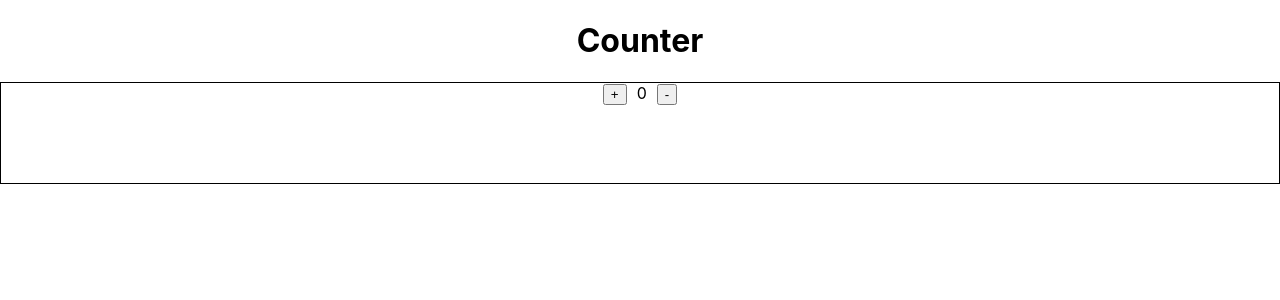
Repository: vsangavi/Redux-Counter
Page: /
An editor plug-in stored every save of this project. The page is shown before and after a run of saves, followed by the edit.
The browser window is 1280 px wide. The pictures show the whole page.
The project was rebuilt for these pictures with package versions that can differ from the ones it lists, and the page was loaded fresh each time.

Above is the page before, as saved 2020-10-02 16:43:42.

After the next 5 saves:
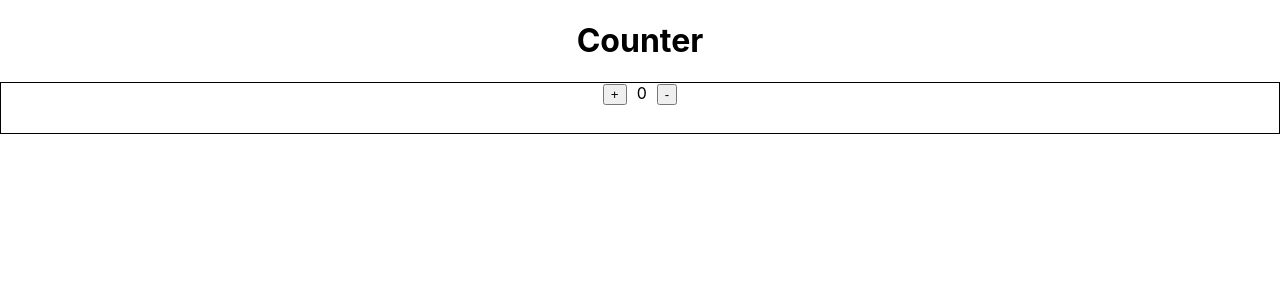
The 5 saves are shown as one change because they came seconds apart.
The last was saved 21 s later.
--- a/src/App.css
+++ b/src/App.css
@@ -5,6 +5,6 @@ span {
   margin: 10px 10px;
 }
 .outerDiv {
-  height: 100px;
+  height: 50px;
   border: 1px solid;
 }
